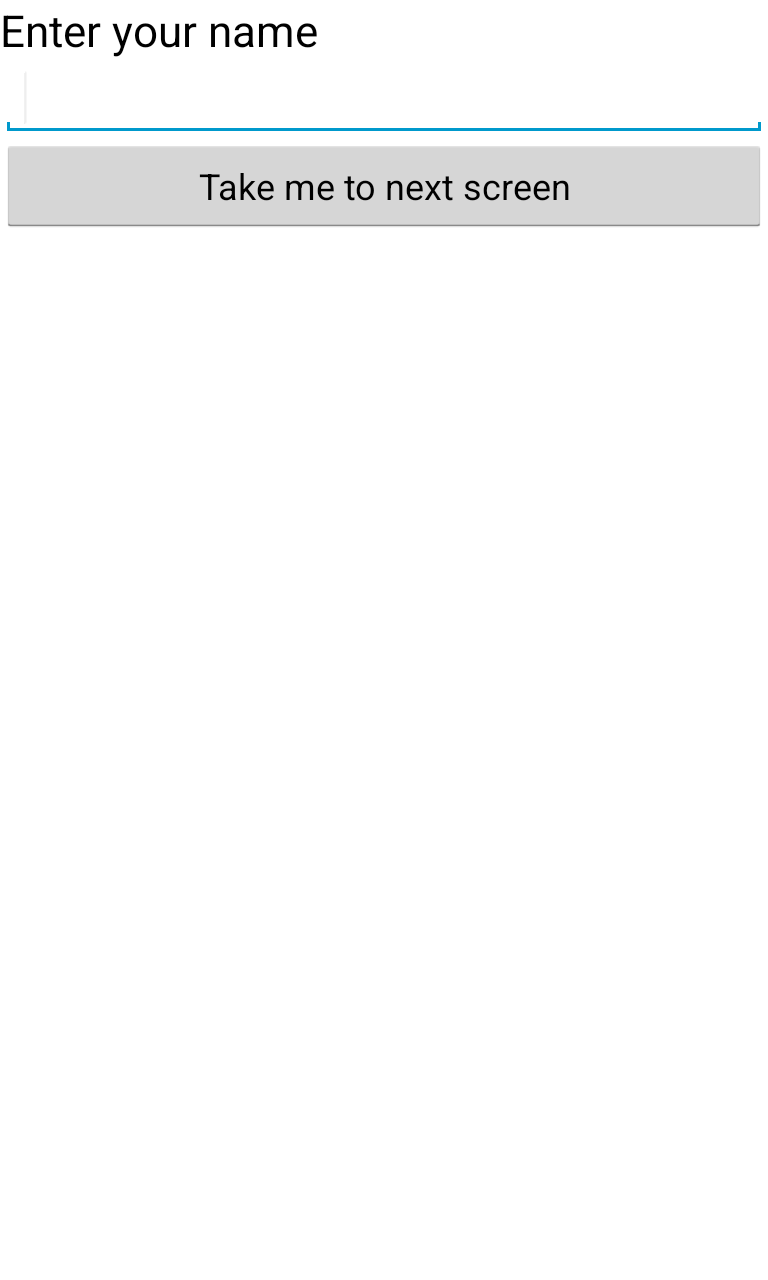
Repository: fsoDannis/FSO_JAVAII
Layout: JavaII_Week1/res/layout/activity_main.xml
The author's editor kept a copy of each file at every save. The layout is drawn from the files as they stood at one save, then again after the next save.
It is drawn on a 768 x 1280 px phone screen (xhdpi) without system bars, with theme AppTheme; the app's code is not run.

Above is the layout before, as saved 2013-05-09 02:08:32.

After the next save:
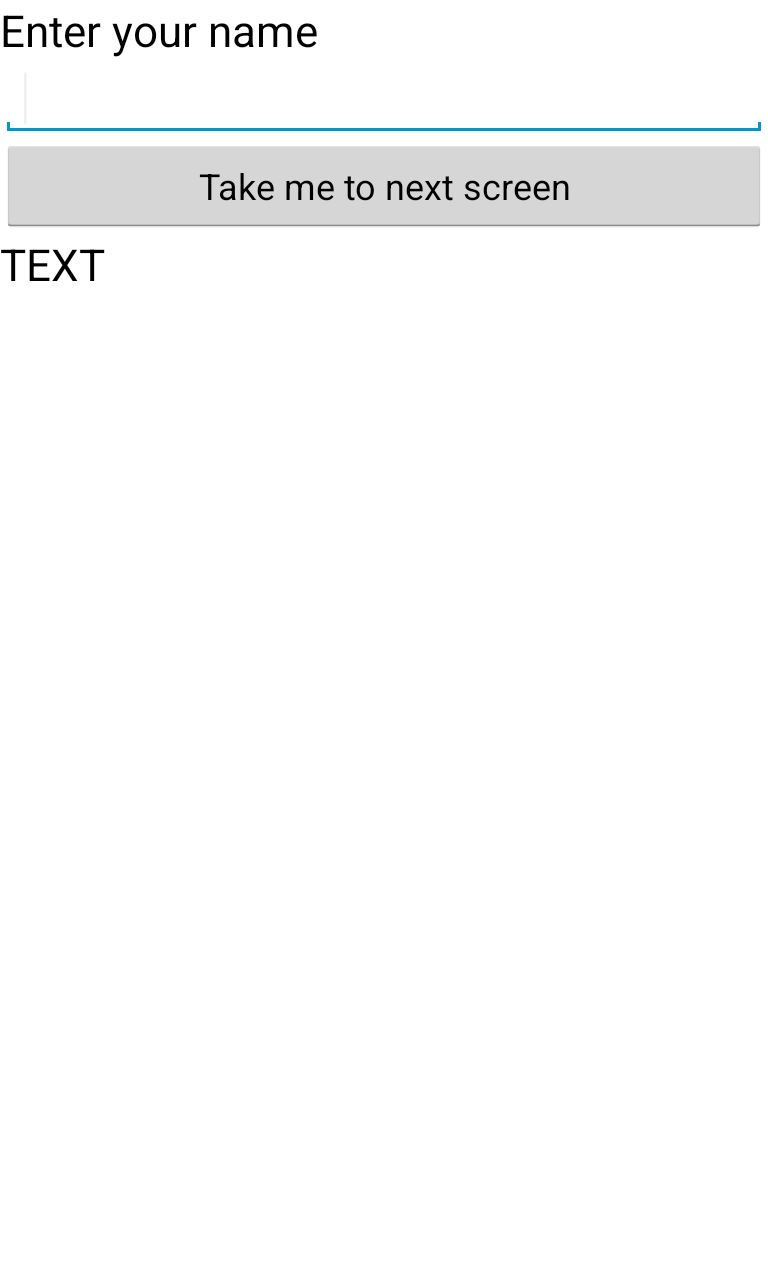
Saved 111 s later.
--- a/JavaII_Week1/res/layout/activity_main.xml
+++ b/JavaII_Week1/res/layout/activity_main.xml
@@ -21,4 +21,11 @@
         android:layout_width="match_parent"
         android:layout_height="wrap_content"
         android:text="Take me to next screen" />
+    <TextView
+        android:id="@+id/textView3"
+        android:layout_width="match_parent"
+        android:layout_height="wrap_content"
+        android:layout_marginBottom="20px"
+        android:text="TEXT"
+        android:textAppearance="?android:attr/textAppearanceLarge" />
 </LinearLayout>

After the save that followed:
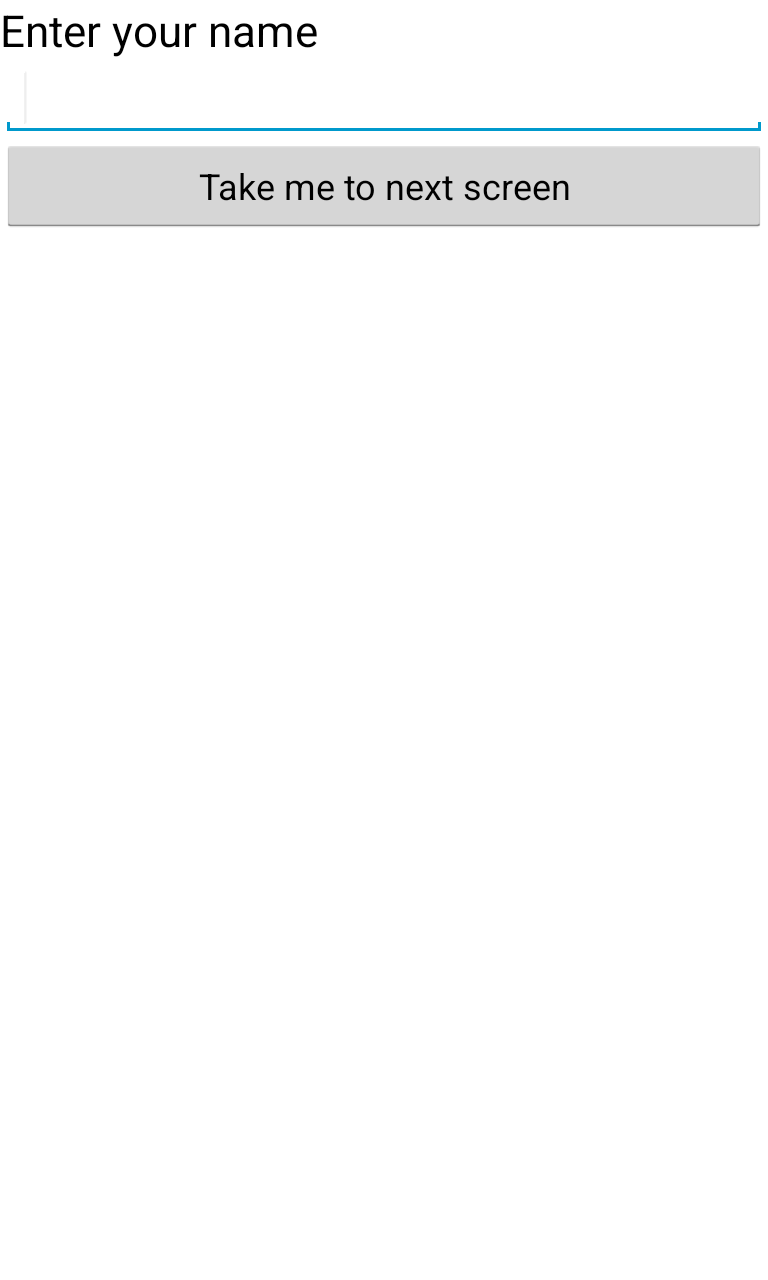
Saved 5 min 17 s later.
--- a/JavaII_Week1/res/layout/activity_main.xml
+++ b/JavaII_Week1/res/layout/activity_main.xml
@@ -26,6 +26,6 @@
         android:layout_width="match_parent"
         android:layout_height="wrap_content"
         android:layout_marginBottom="20px"
-        android:text="TEXT"
+        android:text=""
         android:textAppearance="?android:attr/textAppearanceLarge" />
 </LinearLayout>
